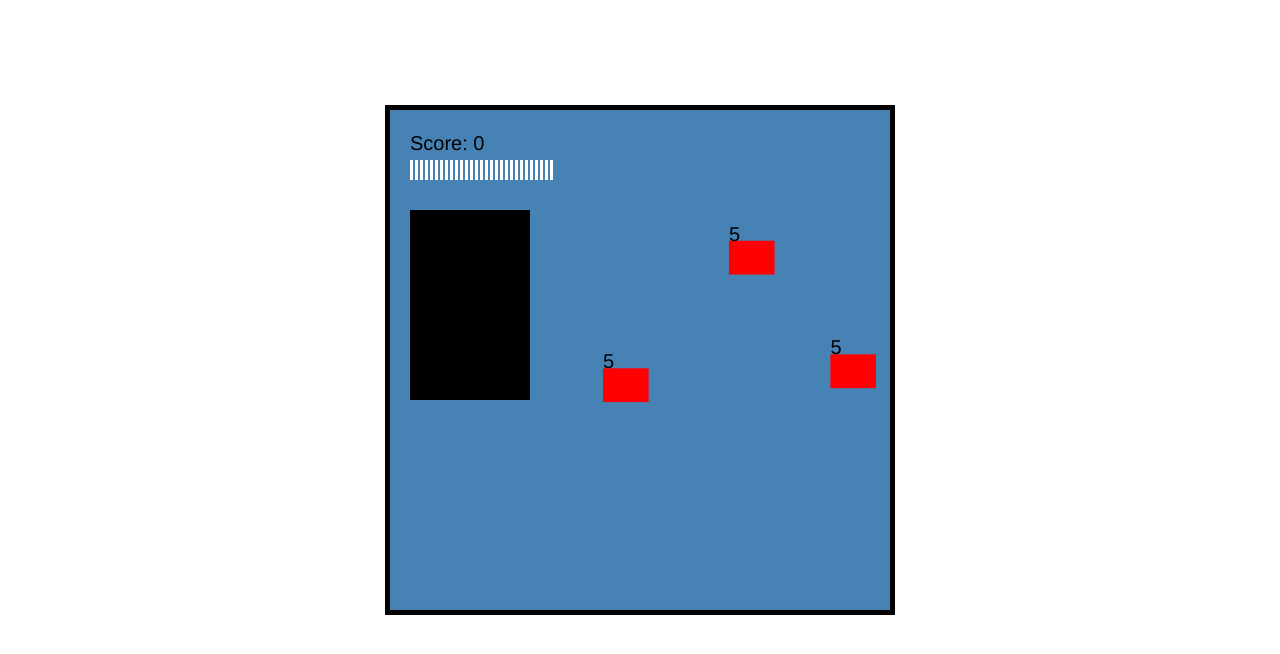
Repository: vasucp1207/seahorse-shooting-game
Page: index.html
The author's editor kept a copy of each file at every save. The page is drawn from the files as they stood at one save, then again after the next save.
The browser window is 1280 px wide. The pictures show the whole page.

Above is the page before, as saved 2022-08-24 19:14:56.

### index.html
<!DOCTYPE html>
<html lang="en">
<head>
    <meta charset="UTF-8">
    <meta http-equiv="X-UA-Compatible" content="IE=edge">
    <meta name="viewport" content="width=device-width, initial-scale=1.0">
    <title>Document</title>
    <link rel="stylesheet" href="style.css">
</head>
<body>
    <canvas id="canvas"></canvas>

    <script src="script.js"></script>
</body>
</html>

### style.css
* {
    margin: 0;
    padding: 0;
    box-sizing: border-box;
}

#canvas{
    border: 5px solid black;
    position: absolute;
    top: 50%;
    left: 50%;
    transform: translate(-50%, -50%);
    background: steelblue;
    max-width: 100%;
    max-height: 100%;
}

### script.js
window.addEventListener('load', function () {
    const canvas = this.document.getElementById('canvas')
    const ctx = canvas.getContext('2d')
    canvas.width = 500
    canvas.height = 500

    class InputHandler {
        constructor(game) {
            this.game = game
            window.addEventListener('keydown', e => {
                if (((e.key === 'ArrowUp')
                    || (e.key === 'ArrowDown'))
                    && (this.game.keys.indexOf(e.key)) === -1) {
                    this.game.keys.push(e.key)
                } else if(e.key === ' '){
                    this.game.player.shootTop()
                }
            })
            window.addEventListener('keyup', e => {
                if (this.game.keys.indexOf(e.key) > -1) {
                    this.game.keys.splice(this.game.keys.indexOf(e.key), 1)
                }
            })
        }
    }

    class Projectile {
        constructor(game, x, y){
            this.game = game
            this.x = x
            this.y = y
            this.width = 10
            this.height = 10
            this.speed = 10
            this.markedForDeletion = false
        }

        update(){
            this.x += this.speed
            if(this.x > this.game.width * 0.9) this.markedForDeletion = true
        }

        draw(context){
            context.fillStyle = 'yellow'
            context.fillRect(this.x, this.y, this.width, this.height)
        }
    }

    class Player {
        constructor(game) {
            this.game = game
            this.width = 120
            this.height = 190
            this.x = 20
            this.y = 100
            this.speedY = 0
            this.maxSpeed = 2
            this.projectile = []
        }

        update() {
            if(this.game.keys.includes('ArrowUp')) this.speedY = -this.maxSpeed
            else if(this.game.keys.includes('ArrowDown')) this.speedY = this.maxSpeed
            else this.speedY = 0
            this.y += this.speedY

            this.projectile.forEach(projectile => {
                projectile.update()
            })
            this.projectile = this.projectile.filter(projectile => !projectile.markedForDeletion)
        }
        draw(context) {
            context.fillStyle = 'black'
            context.fillRect(this.x, this.y, this.width, this.height)
            this.projectile.forEach(projectile => {
                projectile.draw(context)
            })
        }
        shootTop(){
            if(this.game.amo > 0){
                this.projectile.push(new Projectile(this.game, this.x + 80, this.y + 80))
                this.game.amo--
            }
        }
    }

    class Particle {

    }

    class Enemy {
        constructor(game){
            this.game = game
            this.x = this.game.width
            this.speedX = Math.random() * -1.5 - 0.5
            this.markedForDeletion = false
            this.lives = 5
            this.score = this.lives
        }
        update(){
            this.x += this.speedX
            if(this.x + this.width < 0) this.markedForDeletion = true
        }
        draw(context){
            context.fillStyle = 'red'
            context.fillRect(this.x, this.y, this.width, this.height)
            context.fillStyle = 'black'
            context.font = '20px Helvetica'
            context.fillText(this.lives, this.x, this.y)
        }
    }

    class Angler1 extends Enemy{
        constructor(game){
            super(game)
            this.width = 228 * 0.2
            this.height = 169 * 0.2
            this.y = Math.random() * (this.game.height * 0.9 - this.height)
        }
    }

    class Layer {

    }

    class Background {

    }

    class UI {
        constructor(game){
            this.game = game
            this.fontSize = 25
            this.fontFamily = 'Helvetica'
            this.color = 'white'
        }
        draw(context){
            context.save()
            context.font = this.fontSize + 'px' + this.fontFamily
            context.fillText('Score: ' + this.game.score, 20, 40)
            context.fillStyle = this.color

            context.fillStyle = this.color
            for(let i = 0; i < this.game.amo; i++){
                context.fillRect(20 + 5 * i, 50, 3, 20)
            }
        }
    }

    class Game {
        constructor(width, height) {
            this.width = width
            this.height = height
            this.player = new Player(this)
            this.input = new InputHandler(this)
            this.ui = new UI(this)
            this.keys = []
            this.enemies = []
            this.enemyTimer = 0
            this.enemyInterval= 1000
            this.amo = 20
            this.amoTimer = 0
            this.amoInterval = 500
            this.maxAmo = 50
            this.gameOver = false
            this.score = 0
            this.winningScore = 10
        }
        update(deltaTime) {
            this.player.update()
            if(this.amoTimer > this.amoInterval){
                if(this.amo < this.maxAmo) this.amo++
                this.amoTimer = 0
            }
            else{
                this.amoTimer += deltaTime
            }

            this.enemies.forEach(enemy => {
                enemy.update()
                if(this.checkCollision(this.player, enemy)){
                    enemy.markedForDeletion = true
                }

                this.player.projectile.forEach(projectile => {
                    if(this.checkCollision(projectile, enemy)){
                        enemy.lives--
                        projectile.markedForDeletion = true
                        if(enemy.lives <= 0){
                            enemy.markedForDeletion = true
                            this.score += enemy.score
                            if(this.score > this.winningScore) this.gameOver = true
                        }
                    }
                })
            })
            this.enemies = this.enemies.filter(enemy => !enemy.markedForDeletion)
            if(this.enemyTimer > this.enemyInterval && !this.gameOver){
                this.addEnemy()
                this.enemyTimer = 0
            }
            else{
                this.enemyTimer += deltaTime
            }
        }

        draw(context) {
            this.player.draw(context)
            this.ui.draw(context)
            this.enemies.forEach(enemy => {
                enemy.draw(context)
            })
        }

        addEnemy(){
            this.enemies.push(new Angler1(this))
        }

        checkCollision(rect1, rect2){
            return (
                rect1.x < rect2.x + rect2.width &&
                rect1.x + rect1.width > rect2.x &&
                rect1.y < rect2.y + rect2.height &&
                rect1.height + rect1.y > rect2.y
            )
        }
    }

    const game = new Game(canvas.width, canvas.height)
    let lastTime = 0
    function animate(timeStamp) {
        const deltaTime = timeStamp - lastTime
        lastTime = timeStamp
        ctx.clearRect(0, 0, canvas.width, canvas.height)
        game.update(deltaTime)
        game.draw(ctx)
        requestAnimationFrame(animate)
    }
    animate(0)
})

After the next save:
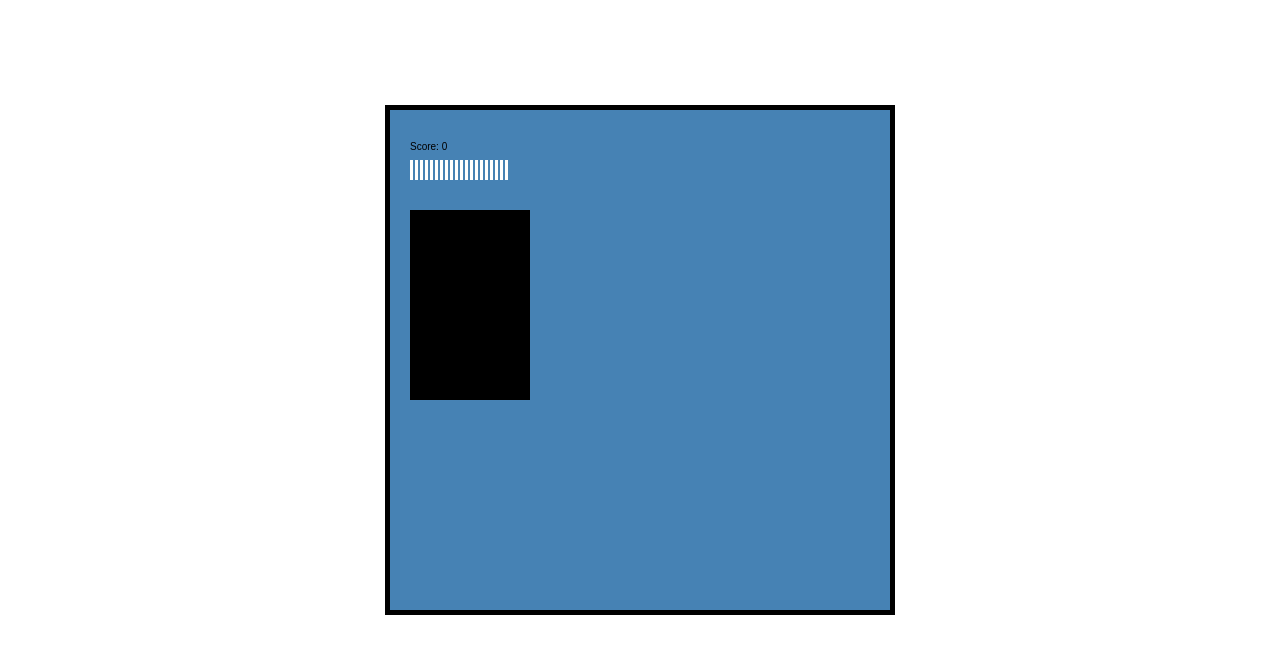
Console error: ReferenceError: con is not defined
Saved 30 s later.
--- a/script.js
+++ b/script.js
@@ -144,6 +144,7 @@
             for(let i = 0; i < this.game.amo; i++){
                 context.fillRect(20 + 5 * i, 50, 3, 20)
             }
+            con
         }
     }
 

After the save that followed:
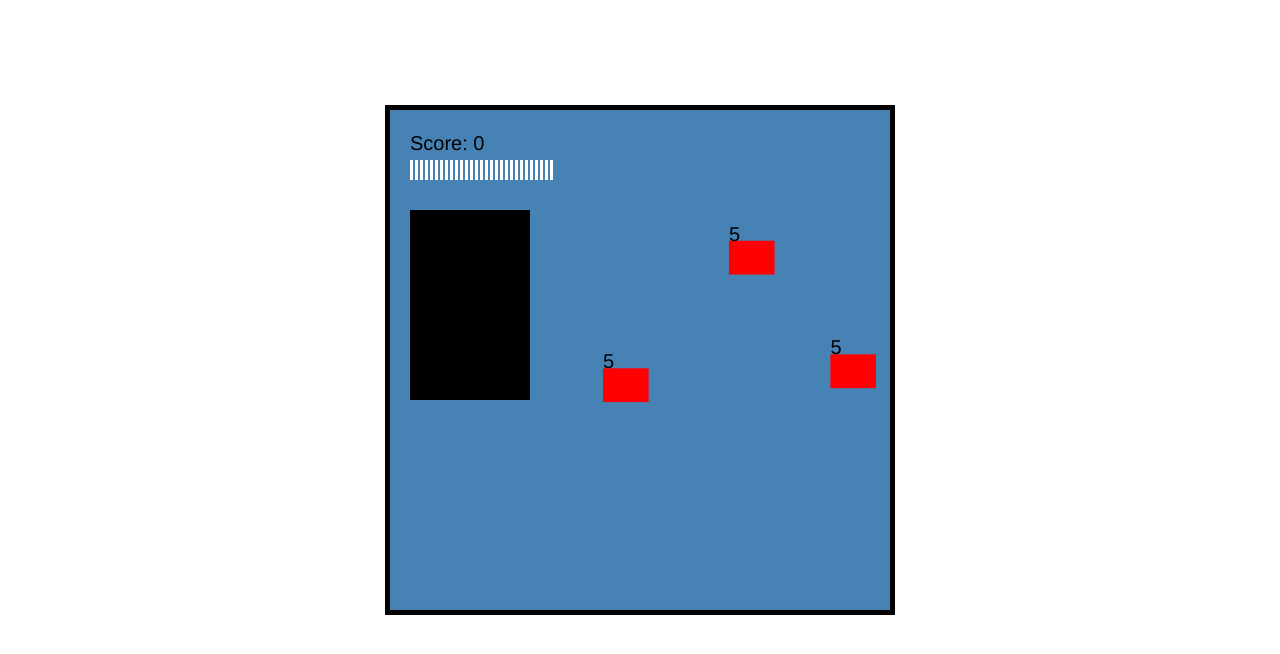
The error is gone.
Saved 7 s later.
--- a/script.js
+++ b/script.js
@@ -144,7 +144,7 @@
             for(let i = 0; i < this.game.amo; i++){
                 context.fillRect(20 + 5 * i, 50, 3, 20)
             }
-            con
+            context.restore()
         }
     }
 
